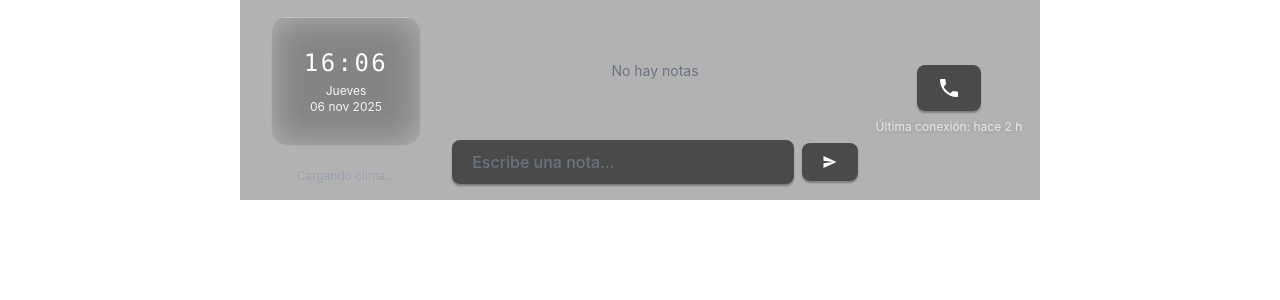
Repository: CodeByEvans/my-romantic-widget
Page: /
An editor plug-in stored every save of this project. The page is shown before and after the next save, followed by the edit.
The browser window is 1280 px wide. The pictures show the whole page.
The first visible `input` has the focus.
The page's requests for data from a server got no answer. The project was rebuilt for these pictures with package versions that can differ from the ones it lists, and the page was loaded fresh each time. No one was signed in, and anything a server would have sent is missing. Also part of the build but not shown: vite.config.ts.

Above is the page before, as saved 2025-11-07 13:10:14.

### src/App.tsx
import "./App.css";
import { Clock } from "./components/Clock";
import { WeatherWidget } from "./components/WeatherWidget";
import { NotesList } from "./components/NotesList";
import { NoteInput } from "./components/NoteInput";
import { CallButton } from "./components/CallButton";

function App() {
  return (
    <main data-tauri-drag-region data-theme="glass">
      {/* Clima + Reloj */}
      <section className="flex flex-col justify-between items-center h-full w-[180px] gap-2">
        <Clock />
        <WeatherWidget />
      </section>

      {/* Notas + input */}
      <section className="flex flex-col justify-between h-full flex-1">
        <NotesList />
        <NoteInput />
      </section>

      {/* Llamada */}
      <section className="flex flex-col justify-center items-center h-full w-[150px]">
        <CallButton />
        <p className="text-xs text-gray-200 mt-2 drop-shadow-sm">
          Última conexión: hace 2 h
        </p>
      </section>
    </main>
  );
}

export default App;

### src/App.css
@import "tailwindcss";

/* ======== CONFIGURACIÓN BASE ======== */
:root {
  font-family: Inter, Avenir, Helvetica, Arial, sans-serif;
  font-size: 16px;
  line-height: 24px;
  font-weight: 400;
  color: #f6f6f6;
  font-synthesis: none;
  text-rendering: optimizeLegibility;
  -webkit-font-smoothing: antialiased;
  -moz-osx-font-smoothing: grayscale;
  -webkit-text-size-adjust: 100%;
}

[data-theme="glass"] {
  /* Fondo general translúcido */
  --surface-bg: rgba(0, 0, 0, 0.3);
  --surface-border: rgba(255, 255, 255, 0.15);
  --surface-blur: blur(18px) saturate(160%);

  /* === Inputs sólidos === */
  --input-bg: #be3030;
  --input-text: #1f2937;
  --input-placeholder: #6b7280;
  --input-border: #e5e7eb;
  --input-border-focus: #93c5fd;
  --focus-ring: #93c5fd;

  /* === Botones sólidos === */
  --button-bg: #3b82f6;
  --button-bg-hover: #2563eb;
  --button-text: #ffffff;
}

/* ======== ESTILO GLOBAL DE LA APP ======== */
main {
  position: relative;
  width: 800px;
  height: 200px;
  margin: 0 auto;
  display: flex;
  align-items: center;
  justify-content: space-between;
  gap: 1rem;
  padding: 1rem;

  /* Fondo cristal oscuro */
  background: var(--surface-bg);
  backdrop-filter: var(--surface-blur);
  -webkit-app-region: drag; /* Permitir mover la ventana */
}

/* ======== ELEMENTOS ======== */
input,
button {
  border-radius: 8px;
  border: 1px solid transparent;
  padding: 0.6em 1.2em;
  font-size: 1em;
  font-weight: 500;
  font-family: inherit;
  color: #fff;
  background-color: rgba(30, 30, 30, 0.7);
  transition: border-color 0.25s, background-color 0.25s;
  box-shadow: 0 2px 2px rgba(0, 0, 0, 0.3);
  -webkit-app-region: no-drag;
}

input::placeholder {
  color: var(--input-placeholder);
}

button:hover {
  border-color: #396cd8;
}

button:active {
  background-color: rgba(40, 40, 40, 0.7);
}

/* Enlaces */
a {
  font-weight: 500;
  color: #61dafb;
  text-decoration: inherit;
}

a:hover {
  color: #24c8db;
}

/* Otros elementos */
h1 {
  text-align: center;
}

.theme-glass {
  border-radius: 16px;
  border: 1px solid rgba(255, 255, 255, 0.15);
  background: rgba(255, 255, 255, 0.05);
  backdrop-filter: blur(18px) saturate(160%);
  position: relative;
  overflow: hidden;
}

/* Capa de brillo sutil */
.theme-glass::before {
  content: "";
  position: absolute;
  inset: 0;
  background: rgba(255, 255, 255, 0.1);
  opacity: 0;
  transition: opacity 0.5s;
}

.theme-glass:hover::before {
  opacity: 0.2;
}

/* Reflejo superior */
.theme-glass::after {
  content: "";
  position: absolute;
  top: 0;
  left: 0;
  right: 0;
  height: 1px;
  background: rgba(255, 255, 255, 0.4);
}

### src/components/Clock.tsx
import { useEffect, useState } from "react";

export const Clock = () => {
  const [time, setTime] = useState(new Date());

  useEffect(() => {
    const interval = setInterval(() => {
      setTime(new Date());
    }, 1000);
    return () => clearInterval(interval);
  }, []);

  const hours = time.getHours().toString().padStart(2, "0");
  const minutes = time.getMinutes().toString().padStart(2, "0");

  const day = time.toLocaleDateString("es-ES", { weekday: "long" });
  const date = time.toLocaleDateString("es-ES", {
    day: "2-digit",
    month: "short",
    year: "numeric",
  });

  return (
    <div className=" rounded-xl  px-3 py-2 flex flex-col items-center justify-center w-[150px] h-[130px] theme-glass ">
      <p className="text-2xl font-mono tracking-widest text-white">
        {hours}:{minutes}
      </p>
      <p className="text-xs text-white-600 mt-1 capitalize">{day}</p>
      <p className="text-xs text-white-500">{date}</p>
    </div>
  );
};

### src/components/WeatherWidget.tsx
import { JSX } from "react";
import { useWeather } from "../hooks/useWeather";
import {
  WiDaySunny,
  WiCloud,
  WiRain,
  WiSnow,
  WiThunderstorm,
  WiFog,
  WiDayHaze,
} from "react-icons/wi";

const weatherStyles: Record<string, { icon: JSX.Element }> = {
  Thunderstorm: {
    icon: <WiThunderstorm size={32} />,
  },
  Drizzle: {
    icon: <WiRain size={32} />,
  },
  Rain: {
    icon: <WiRain size={32} />,
  },
  Snow: {
    icon: <WiSnow size={32} />,
  },
  Mist: {
    icon: <WiFog size={32} />,
  },
  Haze: {
    icon: <WiDayHaze size={32} />,
  },
  Clear: {
    icon: <WiDaySunny size={32} />,
  },
  Clouds: {
    icon: <WiCloud size={32} />,
  },
  Fog: {
    icon: <WiFog size={32} />,
  },
};

export const WeatherWidget = () => {
  const { data, loading, errorWeather } = useWeather();

  if (errorWeather)
    return <div className="text-xs text-red-400">{errorWeather}</div>;
  if (loading || !data)
    return <div className="text-xs text-gray-400">Cargando clima...</div>;

  const [city, info] = Object.entries(data)[0] || [];
  const temp = Math.round(info.main.temp);
  const condition = info.weather[0].main;

  const style = weatherStyles[condition] || weatherStyles["Clouds"];

  return (
    <div
      className={`theme-glass flex flex-col items-center justify-center
                  w-[150px] h-[100px] transition-all duration-500`}
    >
      <div className="flex items-center gap-4">
        <div className="animate-pulse-slow">{style.icon}</div>
        <div className="flex flex-col items-start leading-tight">
          <h2 className="text-xs font-semibold tracking-wide drop-shadow-sm">
            {city}
          </h2>
          <p className="text-lg font-bold drop-shadow-sm">{temp}°C</p>
        </div>
      </div>
    </div>
  );
};

### src/components/NotesList.tsx
import { useRealTimeNotes } from "../hooks/useRealTimeNotes";

export const NotesList = () => {
  const notes = useRealTimeNotes();

  const sortedNotes = [...notes].sort(
    (a, b) =>
      new Date(b.created_at).getTime() - new Date(a.created_at).getTime()
  );

  const noteToShow = sortedNotes[0];
  if (!noteToShow)
    return (
      <div className="flex items-center justify-center h-[110px] text-gray-500 text-sm">
        No hay notas
      </div>
    );

  return (
    <div className="bg-white rounded-xl backdrop-blur-sm shadow-inner p-3 h-[110px] overflow-hidden">
      <div className="flex justify-between items-center mb-1">
        <h3 className="font-semibold text-sm text-gray-700">
          {noteToShow.from}
        </h3>
        <small className="text-xs text-gray-400">
          {new Date(noteToShow.created_at).toLocaleString()}
        </small>
      </div>
      <p className="text-gray-700 text-sm italic line-clamp-3">
        {noteToShow.message}
      </p>
    </div>
  );
};

### src/components/NoteInput.tsx
import { IoMdSend } from "react-icons/io";

export const NoteInput = () => {
  return (
    <form className="flex items-center gap-2 mt-2">
      <input
        type="text"
        placeholder="Escribe una nota..."
        className="flex-1 text-sm px-3 py-2 rounded-lg 0 focus:outline-none focus:ring-2 focus:ring-blue-300 transition-all"
      />
      <button
        type="submit"
        className="p-2 bg-blue-500 rounded-full text-white hover:bg-blue-600 transition-colors"
      >
        <IoMdSend size={16} />
      </button>
    </form>
  );
};

### src/components/CallButton.tsx
import { IoMdCall } from "react-icons/io";

export const CallButton = () => {
  return (
    <div className="flex flex-col items-center justify-center">
      <button className="p-4 bg-green-500 text-white rounded-full shadow-md hover:bg-green-600 hover:scale-105 transition-transform">
        <IoMdCall size={24} />
      </button>
    </div>
  );
};

### src/hooks/useWeather.ts
import { useEffect, useState } from "react";
import {
  getCityByCoordinates,
  getWeatherByCity,
} from "../services/weatherService";
import { WeatherData } from "../types/weather";
import { useGeolocation } from "./useGeolocation";

export const useWeather = () => {
  const { coords, error } = useGeolocation();
  const [data, setData] = useState<Record<string, WeatherData> | null>(null);
  const [loading, setLoading] = useState<boolean>(false);
  const [errorWeather, setErrorWeather] = useState<string | null>(null);

  useEffect(() => {
    if (error) setErrorWeather(error);
  }, [error]);

  useEffect(() => {
    if (!coords) return;

    const fetchWeather = async () => {
      setLoading(true);
      try {
        const city = await getCityByCoordinates(
          coords.latitude,
          coords.longitude
        );
        const weather = await getWeatherByCity(city[0].name);
        setData({ [city[0].name]: weather });
      } catch (error) {
        console.error(error);
      } finally {
        setLoading(false);
      }
    };

    fetchWeather();
  }, [coords]);

  return { data, loading, errorWeather };
};

### src/hooks/useRealTimeNotes.ts
import { useEffect, useState } from "react";
import z from "zod";
import { supabase } from "../services/supabaseClient";

const noteSchema = z.object({
  id: z.number(),
  from: z.string(),
  message: z.string(),
  created_at: z.string(),
});

type Note = z.infer<typeof noteSchema>;

export const useRealTimeNotes = () => {
  const [notes, setNotes] = useState<Note[]>([]);

  useEffect(() => {
    // Cargar notas iniciales
    supabase
      .from<"notes", Note>("notes")
      .select("*")
      .then(({ data, error }) => {
        if (data) {
          setNotes(data);
          console.log("Notas cargadas:", data);
        } else {
          console.error("Error fetching notes:", error);
        }
      });

    // Suscripción en tiempo real
    const channel = supabase
      .channel("public:notes")
      .on(
        "postgres_changes",
        { event: "*", schema: "public", table: "notes" },
        (payload) => {
          console.log("Cambio dettectado:", payload);

          if (payload.eventType === "INSERT") {
            const newNote = noteSchema.parse(payload.new);
            setNotes((prevNotes) => [...prevNotes, newNote]);
            console.log("Nota añadida:", newNote);
          } else if (payload.eventType === "UPDATE") {
            setNotes((prev) =>
              prev.map((note) =>
                note.id === payload.new.id
                  ? noteSchema.parse(payload.new)
                  : note
              )
            );
          } else if (payload.eventType === "DELETE") {
            setNotes((prev) =>
              prev.filter((note) => note.id !== payload.old.id)
            );
          }
        }
      )
      .subscribe();

    return () => {
      supabase.removeChannel(channel);
    };
  }, []);

  return notes;
};

### src/services/weatherService.ts
import { envs } from "../config/envs";

export const getWeatherByCity = async (city: string) => {
  const response = await fetch(
    `https://api.openweathermap.org/data/2.5/weather?q=${city}&appid=${envs.openWeatherApiKey}&units=metric`
  );

  if (!response.ok) {
    throw new Error("No se pudo obtener el clima");
  }
  return response.json();
};

export const getCityByCoordinates = async (lat: number, lon: number) => {
  const response = await fetch(
    `https://api.openweathermap.org/geo/1.0/reverse?lat=${lat}&lon=${lon}&limit=1&appid=${envs.openWeatherApiKey}`
  );

  if (!response.ok) {
    throw new Error("No se pudo obtener la ciudad");
  }

  return response.json();
};

### src/hooks/useGeolocation.ts
import { useEffect, useState } from "react";

export const useGeolocation = () => {
  const [coords, setCoords] = useState<{
    latitude: number;
    longitude: number;
  } | null>(null);
  const [error, setError] = useState<string | null>(null);

  useEffect(() => {
    if (!navigator.geolocation) {
      setError("Geolocalización no soportada por el navegador");
      return;
    }

    navigator.geolocation.getCurrentPosition(
      (position) => {
        setCoords({
          latitude: position.coords.latitude,
          longitude: position.coords.longitude,
        });
      },
      (err) => {
        setError(`Error obteniendo la geolocalización: ${err.message}`);
      }
    );
  }, []);

  return { coords, error };
};

### src/services/supabaseClient.ts
import { createClient } from "@supabase/supabase-js";
import { envs } from "../config/envs";

export const supabase = createClient(envs.supabaseUrl, envs.supabaseAnonKey, {
  realtime: {
    params: {
      eventsPerSecond: 10,
    },
  },
});

### src/config/envs.ts
import * as z from "zod";

const envSchema = z.object({
  VITE_SUPABASE_URL: z.string().url(),
  VITE_SUPABASE_ANON_KEY: z.string().min(1),
  VITE_OPEN_WEATHER_API_KEY: z.string().min(1),
});

const parsed = envSchema.parse(import.meta.env);

export const envs = {
  supabaseUrl: parsed.VITE_SUPABASE_URL,
  supabaseAnonKey: parsed.VITE_SUPABASE_ANON_KEY,
  openWeatherApiKey: parsed.VITE_OPEN_WEATHER_API_KEY,
};

Loaded but not shown: index.html (common file); src/main.tsx (common file)

After the next save:
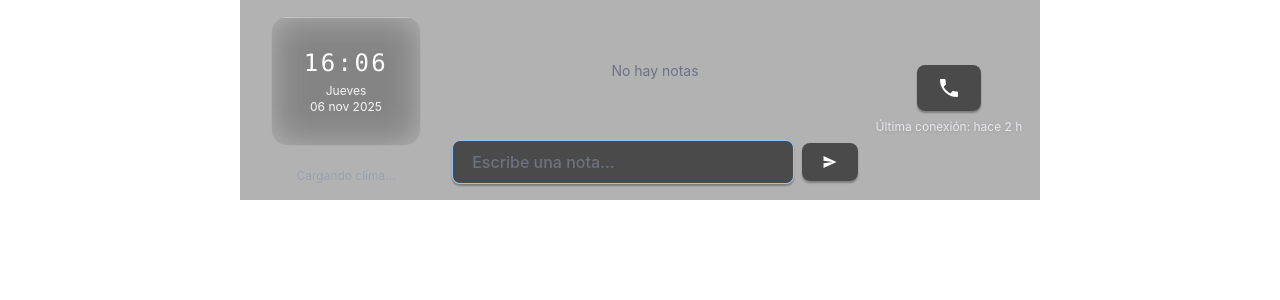
Saved 24 s later.
--- a/src/App.css
+++ b/src/App.css
@@ -72,6 +72,11 @@ input::placeholder {
   color: var(--input-placeholder);
 }
 
+input:focus {
+  border-color: var(--input-border-focus);
+  outline: none;
+}
+
 button:hover {
   border-color: #396cd8;
 }
